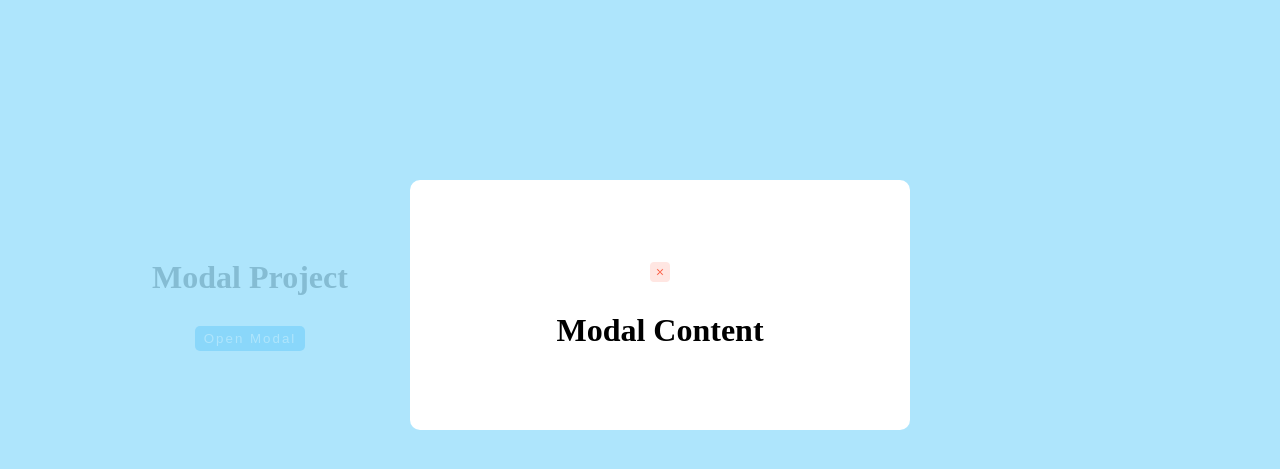
Repository: Trapti10/20-js-practice-projects-in-7-days-challenge
Page: Project_4_Modal_Project/index.html
The author's editor kept a copy of each file at every save. The page is drawn from the files as they stood at one save, then again after the next save.
The browser window is 1280 px wide. The pictures show the whole page.

Above is the page before, as saved 2025-11-24 13:51:39.

### Project_4_Modal_Project/index.html
<!DOCTYPE html>
<html lang="en">
<head>
    <meta charset="UTF-8">
    <meta name="viewport" content="width=device-width, initial-scale=1.0">
    <title>Modal Project</title>
    <link rel="stylesheet" href="style.css">
</head>
<body>
    <div class="hero">
     <div class="bg-img"  background-img>

    </div>
    <div class="card">
        <h1>Modal Project</h1>

        <button class="Open">
            Open Modal
        </button>
       </div>
       </div>
       <div class="modal-overlay">
        <div class="madal-container">
            <img src="assests/close.png" alt="">
            <div class="modalContent">
                <h1>Modal Content</h1>
            </div>
        </div>
       </div>
    <script src="script.js"></script>
</body>
</html>

### Project_4_Modal_Project/style.css
*{
    margin: 0;
    padding: 0;
}
.hero{
    place-items: center;
}
.bg-img{
    height: 100vh;
    background-position: center center;
    background-repeat: no-repeat;
    position: relative;
    background-size: max(2200px, 100vw);
    background-image: url("https://png.pngtree.com/thumb_back/fh260/background/20230714/pngtree-simplicity-in-blue-a-living-room-interior-design-with-decor-and-image_3888158.jpg");
    background-repeat: no-repeat;
    align-items: center;
    margin-top: 0;
    align-items: center;

}

.card{
    position: absolute;
    top: 25%;
    background: white;
    min-height: 250px;
    min-width: 500px;
    display: flex;
    justify-content: center;
    align-items:center ;
    flex-direction: column;
    border: none;
    border-radius: 10px;
    gap: 30px;
}

button{
    height: 25px;
    width: 110px;
    color: white;
    background: rgb(29, 166, 246);
    border: none;
    letter-spacing: 2px;
    border-radius: 5px;
    padding: 0 4px;
}

button:hover{
    background: transparent;
    color: black;
    border: 2px solid rgb(29, 166, 246);
}

.modal-overlay{
    background: rgba(159, 225, 252, 0.84);
    position: fixed;
    top: 0;
    left: 0;
    width: 100%;
    height: 100%;
    place-items:center;
    display: grid;
    transition: 400ms ease;
    padding: 35px 20px;
    /* visibility: visible; */
    /* z-index: -10; */
}

.madal-container{
    position: absolute;
    top: 25%;
    background: white;
    min-height: 250px;
    min-width: 500px;
    position: fixed;
    display: flex;
    justify-content: center;
    align-items:center ;
    flex-direction: column;
    border: none;
    border-radius: 10px;
    gap: 30px;
}

.madal-container img{
    height: 20px;
    right: 0;
    left: 5000px ;
}

Loaded but not shown: Project_4_Modal_Project/script.js (no stored copy; drawn as an empty file)

After the next save:
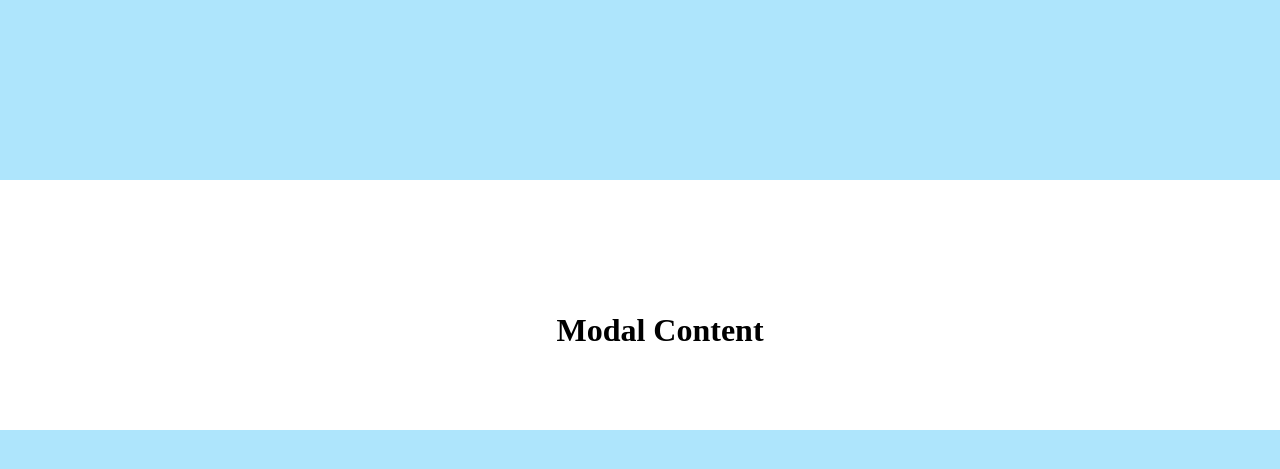
Saved 9 s later.
--- a/Project_4_Modal_Project/style.css
+++ b/Project_4_Modal_Project/style.css
@@ -85,5 +85,5 @@
 .madal-container img{
     height: 20px;
     right: 0;
-    left: 5000px ;
+    margin-left: 5000px ;
 }

After the save that followed:
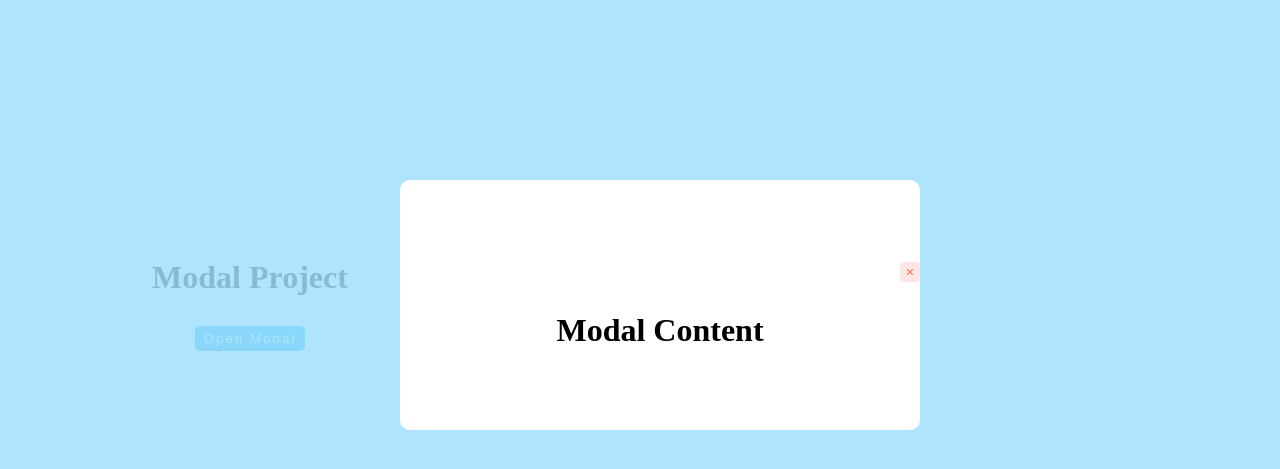
Saved 4 s later.
--- a/Project_4_Modal_Project/style.css
+++ b/Project_4_Modal_Project/style.css
@@ -85,5 +85,5 @@
 .madal-container img{
     height: 20px;
     right: 0;
-    margin-left: 5000px ;
+    margin-left: 500px ;
 }
